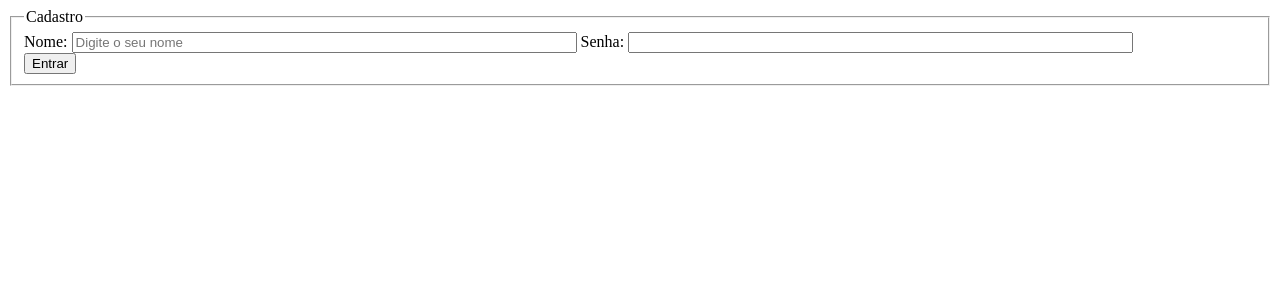
Repository: Lerif/WebServletLearning
Page: http://localhost/WebLearning/
The author's editor kept a copy of each file at every save. The page is drawn from the files as they stood at one save, then again after the next save.
The browser window is 1280 px wide. The pictures show the whole page.
The page is served by Tomcat 9. Other server files are loaded and not shown.

Above is the page before, as saved 2016-10-25 18:38:11.

### WebServelets/WebLearning/WebContent/TryJSP.jsp
<%@ page language="java" contentType="text/html; charset=UTF-8"
    pageEncoding="UTF-8"%>
<!DOCTYPE html>
<html>
<head>
<meta http-equiv="Content-Type" content="text/html; charset=UTF-8">
<title>HelloWorld</title>
</head>
<body>
	<form name = "CadastroUsuario" id="CadastroId" method="post" action="ServeletTry">
		<fieldset>
			<legend>Cadastro</legend>
			Nome:
			<input type="text" 	name="name" size="60" placeholder="Digite o seu nome" required/>
			Senha:
			<input type="password" 	name="password" size="60" required/>
			<br>
			<button onClick="entrar()" value="Submit form">Entrar</button>
		</fieldset>
	</form>
</body>

<script>
	function entrar(){



		document.getElementById("CadastroId").submit();
	}
</script>
</html>

After the next save:
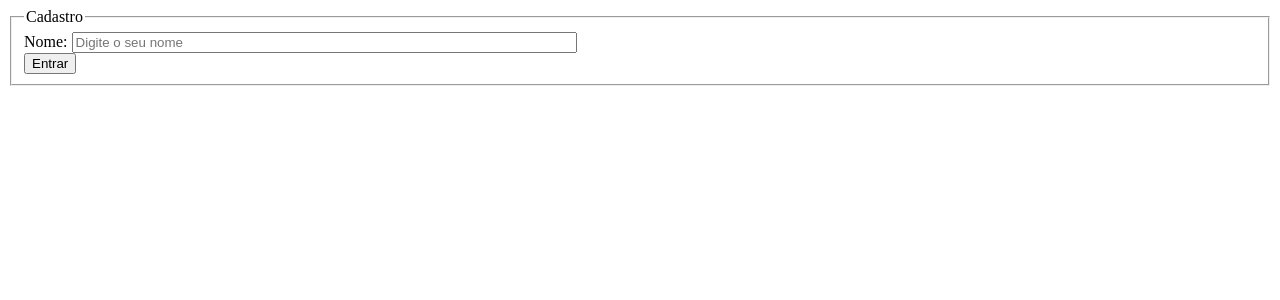
Saved 20 min 8 s later.
--- a/WebServelets/WebLearning/WebContent/TryJSP.jsp
+++ b/WebServelets/WebLearning/WebContent/TryJSP.jsp
@@ -12,8 +12,6 @@
 			<legend>Cadastro</legend>
 			Nome:
 			<input type="text" 	name="name" size="60" placeholder="Digite o seu nome" required/>
-			Senha:
-			<input type="password" 	name="password" size="60" required/>
 			<br>
 			<button onClick="entrar()" value="Submit form">Entrar</button>
 		</fieldset>
